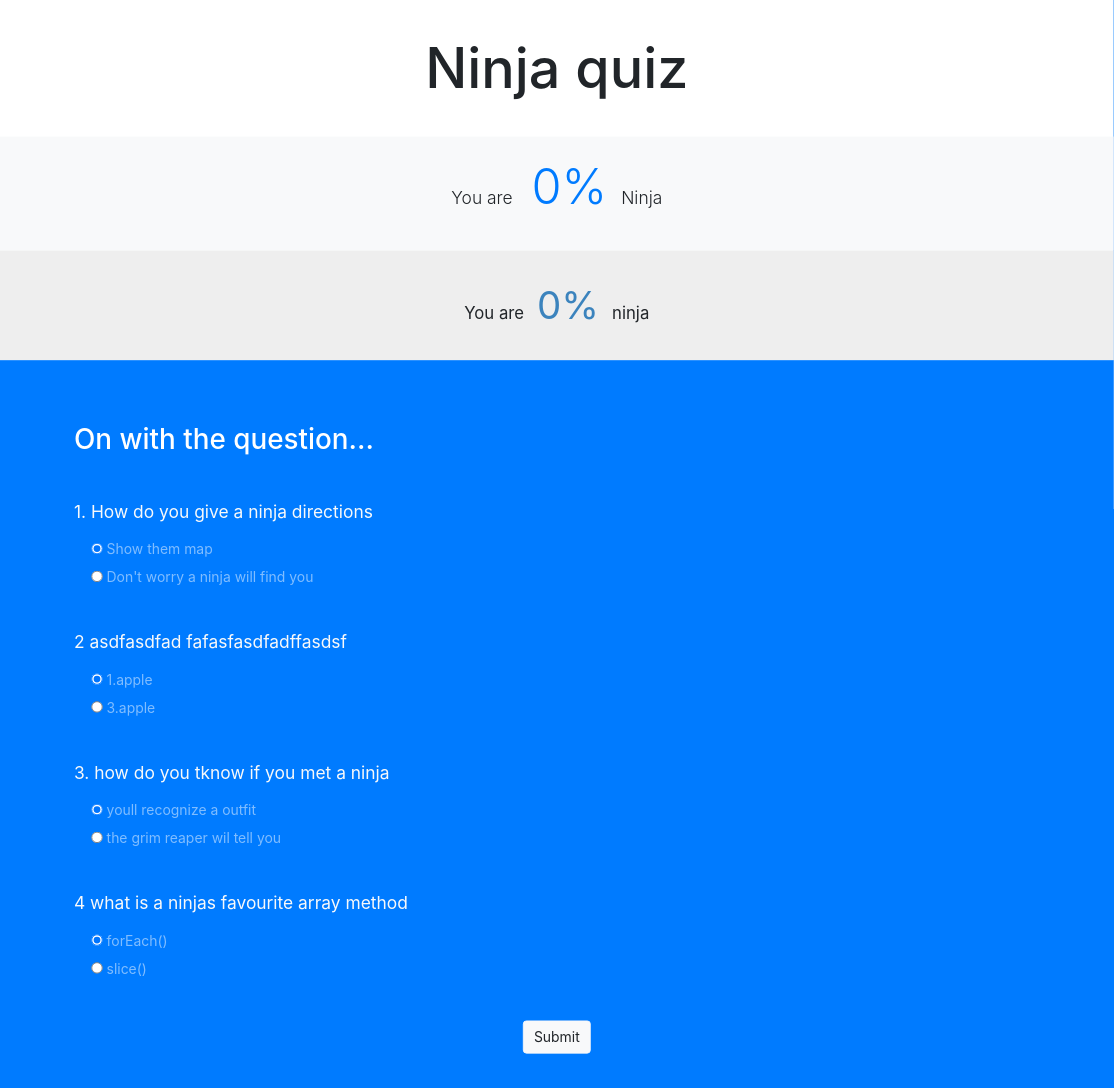
Repository: ajgors/config
Page: Nauka Js/Projekty/Quiz/index.html
An editor plug-in stored every save of this project. The page is shown before and after the next save, followed by the edit.
The browser window is 1280 px wide. The pictures show the whole page, at 87% of full size.

Above is the page before, as saved 2019-08-11 18:23:47.

After the next save:
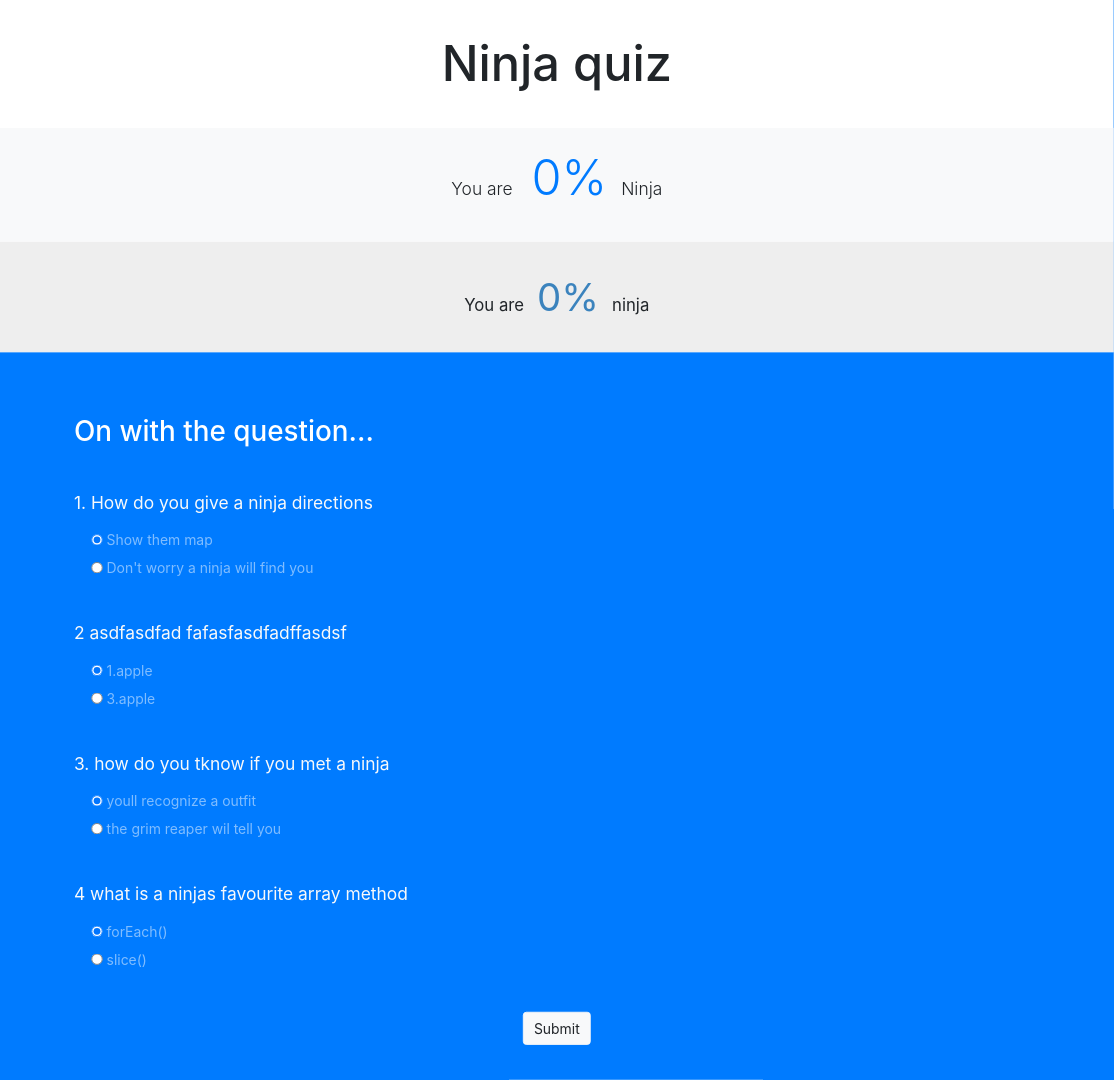
Saved 21 s later.
--- a/Nauka Js/Projekty/Quiz/css.css
+++ b/Nauka Js/Projekty/Quiz/css.css
@@ -6,7 +6,7 @@
 .header__title{
     text-align: center;
     margin:  40px auto;
-    font-size: 4em;
+    font-size: 3.5em;
 }
 
 .result{
